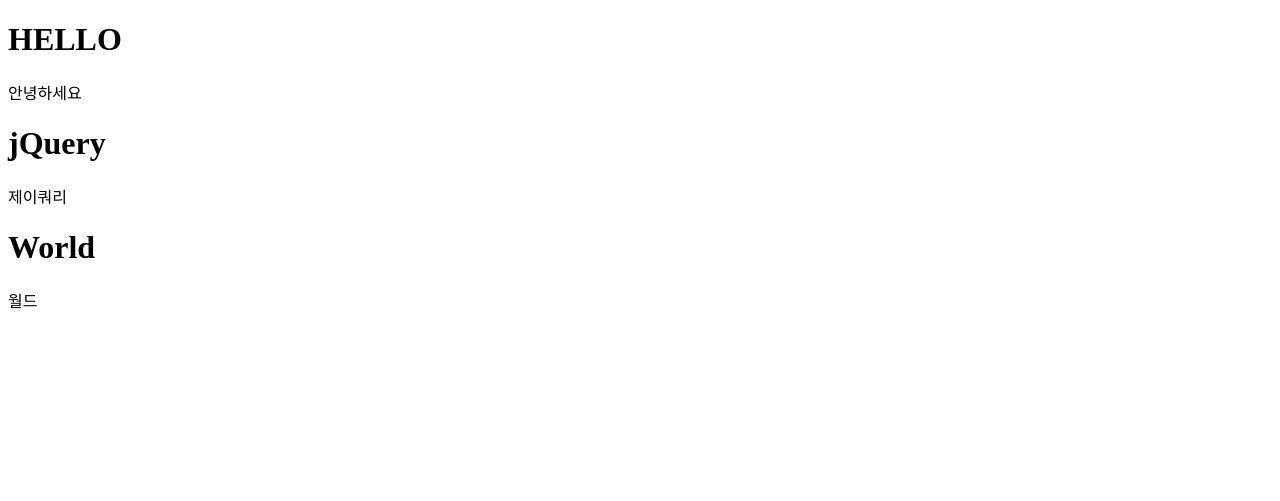
Repository: Shinhan1/shinhan
Page: http://localhost/web_goott/w20200323/jQueryEx04.jsp
An editor plug-in stored every save of this project. The page is shown before and after the next save, followed by the edit.
The browser window is 1280 px wide. The pictures show the whole page.
The page is served by Tomcat 9.

Above is the page before, as saved 2020-03-23 05:55:41.

After the next save:
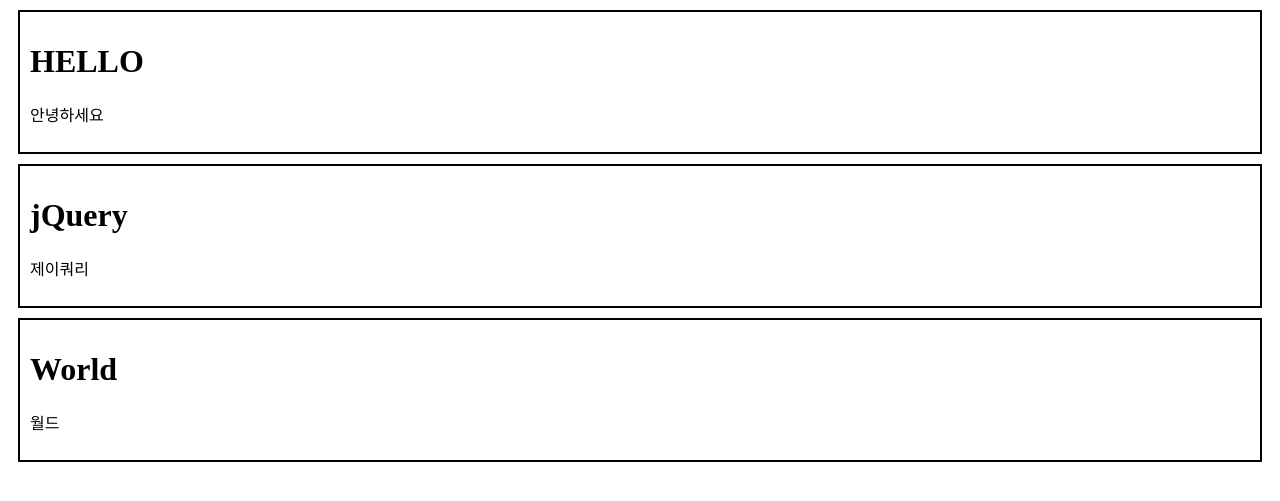
Saved 32 s later.
--- a/web_goott/WebContent/w20200323/jQueryEx04.jsp
+++ b/web_goott/WebContent/w20200323/jQueryEx04.jsp
@@ -5,6 +5,14 @@
 <head>
 <meta charset="UTF-8">
 <title>jQueryEx04.jsp</title>
+<style type="text/css">
+	div {
+		margin: 10px;
+		padding: 10px;
+		border: 2px solid black;
+	}
+
+</style>
 </head>
 <body>
 	<div>
